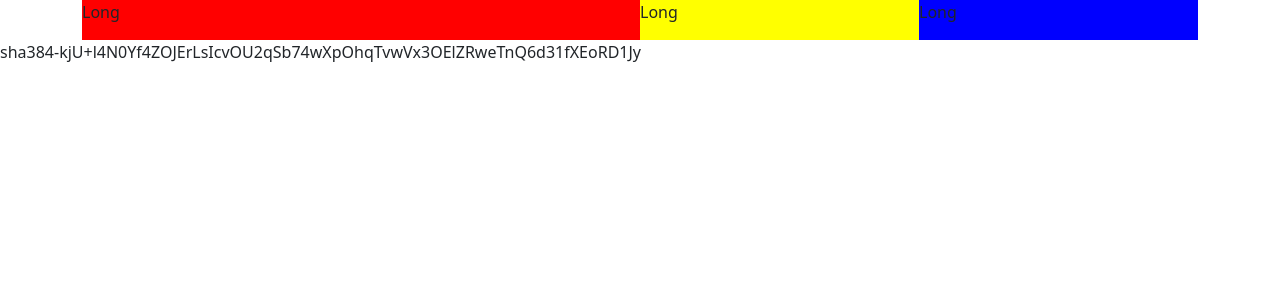
Repository: 1509Long/1509long.github.io
Page: product-demo/long.html
The author's editor kept a copy of each file at every save. The page is drawn from the files as they stood at one save, then again after the next save.
The browser window is 1280 px wide. The pictures show the whole page.

Above is the page before, as saved 2022-06-10 14:35:01.

### product-demo/long.html
<!doctype html>
<html lang="en">
  <head>
    <title>Title</title>
    <!-- Required meta tags -->
    <meta charset="utf-8">
    <meta name="viewport" content="width=device-width, initial-scale=1, shrink-to-fit=no">

    <!-- Bootstrap CSS v5.2.0-beta1 -->
    <link rel="stylesheet" href="https://cdn.jsdelivr.net/npm/bootstrap@5.2.0-beta1/dist/css/bootstrap.min.css"  integrity="sha384-0evHe/X+R7YkIZDRvuzKMRqM+OrBnVFBL6DOitfPri4tjfHxaWutUpFmBp4vmVor" crossorigin="anonymous">
    <style>
      .container {
        display: grid;
        grid-template-columns: 2fr 1fr 1fr;

      }
      .a1 {
        background-color: red;
      }
      .a2 {
        background-color: yellow;
      }
      .a3 {
        background-color: blue;
      }
    </style>
  </head>
  <body>
    <div class="container">
      <div class="a1">
        <p>Long</p>
      </div>
      <div class="a2">
        <p>Long</p>
      </div>
      <div class="a3">
        <p>Long</p>
      </div>
    </div>
      sha384-kjU+l4N0Yf4ZOJErLsIcvOU2qSb74wXpOhqTvwVx3OElZRweTnQ6d31fXEoRD1Jy
    <!-- Bootstrap JavaScript Libraries -->
    <script src="https://cdn.jsdelivr.net/npm/@popperjs/core@2.11.5/dist/umd/popper.min.js" integrity="sha384-Xe+8cL9oJa6tN/veChSP7q+mnSPaj5Bcu9mPX5F5xIGE0DVittaqT5lorf0EI7Vk" crossorigin="anonymous"></script>

    <script src="https://cdn.jsdelivr.net/npm/bootstrap@5.2.0-beta1/dist/js/bootstrap.min.js" integrity="sha384-kjU+l4N0Yf4ZOJErLsIcvOU2qSb74wXpOhqTvwVx3OElZRweTnQ6d31fXEoRD1Jy" crossorigin="anonymous"></script>
  </body>
</html>

After the next save:
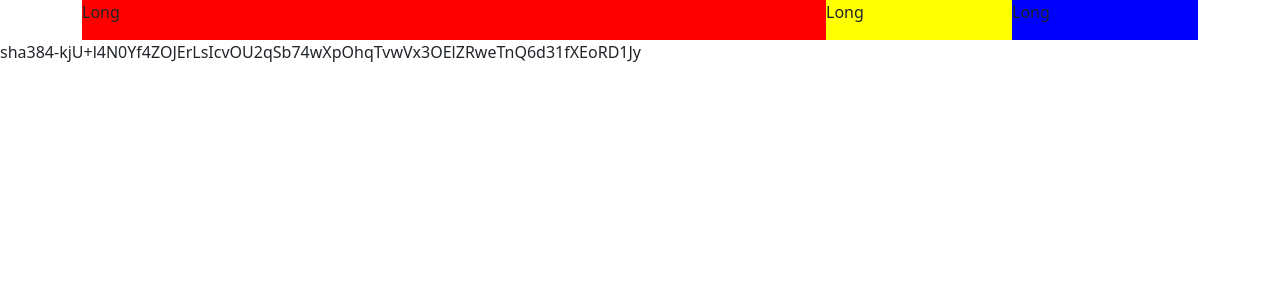
Saved 8 s later.
--- a/product-demo/long.html
+++ b/product-demo/long.html
@@ -11,7 +11,7 @@
     <style>
       .container {
         display: grid;
-        grid-template-columns: 2fr 1fr 1fr;
+        grid-template-columns: 4fr 1fr 1fr;
 
       }
       .a1 {
